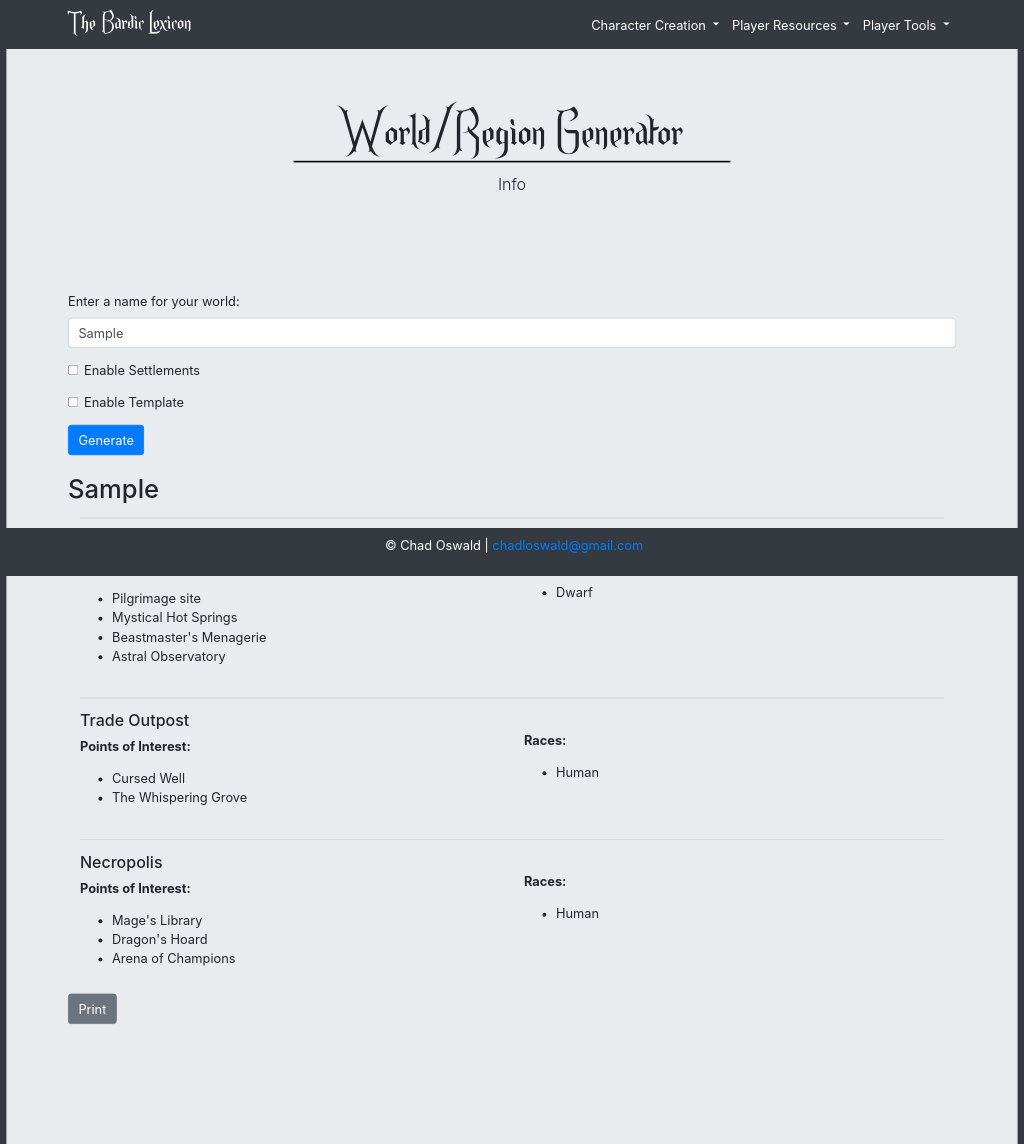
Repository: ChaidGPT/TheBardicLexicon
Page: playerTools/worldGenerator.html
The author's editor kept a copy of each file at every save. The page is drawn from the files as they stood at one save, then again after the next save.
The browser window is 1280 px wide. The pictures show the whole page, at 80% of full size.
Empty fields were first filled with sample values (such as "Sample", 5 or name@example.com).
After loading, the first visible `#worldForm` was submitted once.

Above is the page before, as saved 2024-02-05 14:33:46.

After the next save:
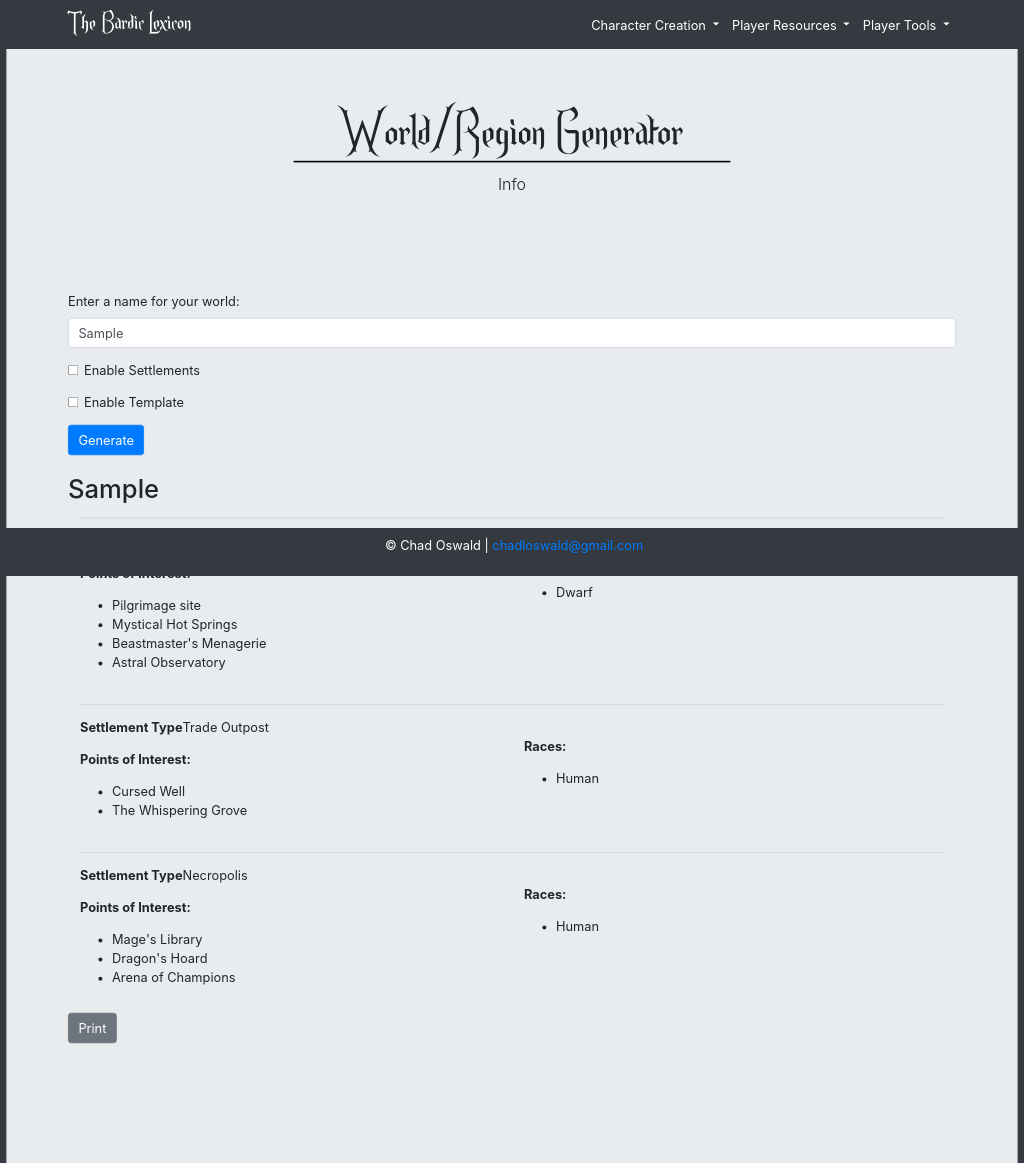
Saved 5 min 6 s later.
--- a/playerTools/worldGenerator.js
+++ b/playerTools/worldGenerator.js
@@ -434,7 +434,7 @@ document.addEventListener("DOMContentLoaded", function () {
         content += `
           <div class="row">
             <div class="col-md-6">
-              <h5>${selectedSettlement.name}</h5>
+              <p><strong>Settlement Type</strong>${selectedSettlement.name}</p>
               <p><strong>Points of Interest:</strong></p><ul>`;
 
         content += selectedSettlementPOI
